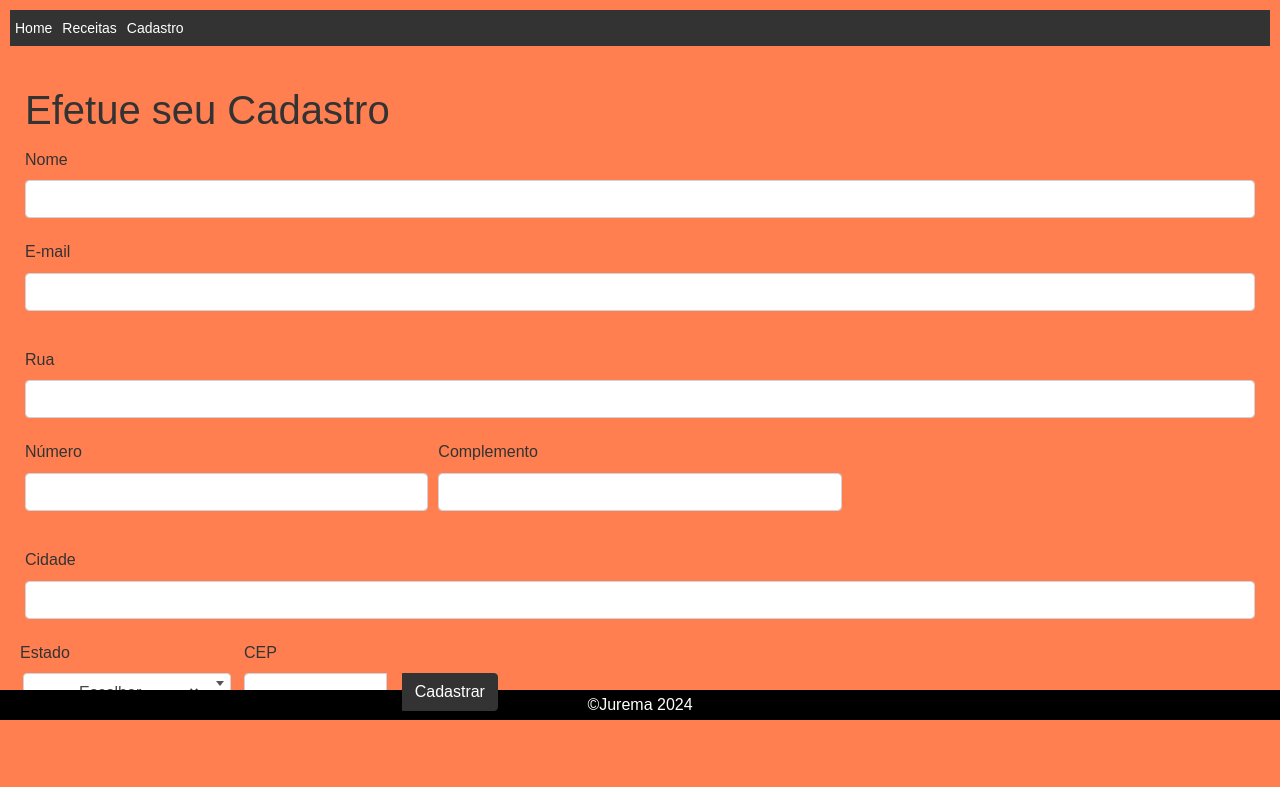
Repository: devropaes/RECEITAS
Page: OneDrive/Área de Trabalho/Estudos/Estácio/receitas/cadastro.html
These files come from the project's save history. The page is drawn as it stood at one moment and after the next save; the edit follows.
The browser window is 1280 px wide. The pictures show the whole page.

Above is the page before, as saved 2024-03-16 13:16:14.

### OneDrive/Área de Trabalho/Estudos/Estácio/receitas/cadastro.html
<!DOCTYPE html>
<html lang="pt-br">
<head>
    <meta charset="UTF-8">
    <meta http-equiv="X-UA-Compatible" content="IE=edge">
    <meta name="viewport" content="width=device-width, initial-scale=1.0">
    <link rel="stylesheet" href="https://stackpath.bootstrapcdn.com/bootstrap/4.3.1/css/bootstrap.min.css" integrity="sha384-ggOyR0iXCbMQv3Xipma34MD+dH/1fQ784/j6cY/iJTQUOhcWr7x9JvoRxT2MZw1T" crossorigin="anonymous">
    <link href="https://cdnjs.cloudflare.com/ajax/libs/select2/4.0.13/css/select2.min.css" rel="stylesheet" />
    <link rel="stylesheet" href="cadastro.css">
    <link rel="stylesheet" href="formatos.css">
    <title>Cadastro</title>

</head>
<body>

  <ul class="navlist">
      <li><a href="home.html">Home</a></li>
      <li><a href="receitas.html">Receitas</a></li>
      <li><a href="cadastro.html">Cadastro</a></li>
 </ul>


        <main class="container-fluid">
            <!-- Área Principal - Título e Formulário de Cadastro -->
            <div class="row">
                <div class="col-lg-12">
                    <h1 class="mt-4 text-left">Efetue seu Cadastro</h1>
                    <form>
                        <div class="form-row">
                            <div class="form-group col-md-12">
                                <label for="nome" class="float-left">Nome</label>
                                <input type="text" class="form-control" id="nome" required>
                            </div>
                            <div class="form-group col-md-12">
                                <label for="email" class="float-left">E-mail</label>
                                <input type="email" class="form-control" id="email" required>
                            </div>
                        </div>
                        <div class="form-row">
                            <div class="form-group col-md-12">
                                <label for="rua" class="float-left">Rua</label>
                                <input type="text" class="form-control" id="rua" required>
                            </div>
                            <div class="form-group col-md-4">
                                <label for="numero" class="float-left">Número</label>
                                <input type="text" class="form-control" id="numero" required>
                            </div>
                            <div class="form-group col-md-4">
                                <label for="complemento" class="float-left">Complemento</label>
                                <input type="text" class="form-control" id="complemento">
                            </div>
                        </div>
                        <div class="form-row">
                            <div class="form-group col-md-12">
                                <label for="cidade" class="float-left">Cidade</label>
                                <input type="text" class="form-control" id="cidade" required>
                            </div>

                            <div class="form-row">
                                <div class="form-group col-md-4">
                                    <label for="estado" class="float-left">Estado</label>
                                    <select id="estado" class="form-control" required>
                                    <option selected>Escolher...</option>
                                    <option value="AC">Acre</option>
                                    <option value="AL">Alagoas</option>
                                    <option value="AP">Amapá</option>
                                    <option value="AM">Amazonas</option>
                                    <option value="BA">Bahia</option>
                                    <option value="CE">Ceará</option>
                                    <option value="DF">Distrito Federal</option>
                                    <option value="ES">Espírito Santo</option>
                                    <option value="GO">Goiás</option>
                                    <option value="MA">Maranhão</option>
                                    <option value="MT">Mato Grosso</option>
                                    <option value="MS">Mato Grosso do Sul</option>
                                    <option value="MG">Minas Gerais</option>
                                    <option value="PA">Pará</option>
                                    <option value="PB">Paraíba</option>
                                    <option value="PR">Paraná</option>
                                    <option value="PE">Pernambuco</option>
                                    <option value="PI">Piauí</option>
                                    <option value="RJ">Rio de Janeiro</option>
                                    <option value="RN">Rio Grande do Norte</option>
                                    <option value="RS">Rio Grande do Sul</option>
                                    <option value="RO">Rondônia</option>
                                    <option value="RR">Roraima</option>
                                    <option value="SC">Santa Catarina</option>
                                    <option value="SP">São Paulo</option>
                                    <option value="SE">Sergipe</option>
                                    <option value="TO">Tocantins</option>
                                </select>
                            </div>
                            <div class="form-group col-md-5">
                                <label for="cep" class="float-left">CEP</label>
                                <div class="input-group">
                                    <input type="text" class="form-control mr-3" id="cep" required>
                                    <div class="input-group-append">
                                        <button type="submit" class="btn btn-primary mr-3">Cadastrar</button>
                                    </div>
                                </div>
                            </div>
                        </div>
                    </form>
                </div>
            </div>
        </main>


        <footer class="rodape">
          <p>&copy;Jurema 2024 </p>
     </footer>

     <script src="https://code.jquery.com/jquery-3.3.1.slim.min.js" integrity="sha384-q8i/X+965DzO0rT7abK41JStQIAqVgRVzpbzo5smXKp4YfRvH+8abtTE1Pi6jizo" crossorigin="anonymous"></script>
<script src="https://cdnjs.cloudflare.com/ajax/libs/popper.js/1.14.7/umd/popper.min.js" integrity="sha384-UO2eT0CpHqdSJQ6hJty5KVphtPhzWj9WO1clHTMGa3JDZwrnQq4sF86dIHNDz0W1" crossorigin="anonymous"></script>
<script src="https://stackpath.bootstrapcdn.com/bootstrap/4.3.1/js/bootstrap.min.js" integrity="sha384-JjSmVgyd0p3pXB1rRibZUAYoIIy6OrQ6VrjIEaFf/nJGzIxFDsf4x0xIM+B07jRM" crossorigin="anonymous"></script>
<script src="https://cdnjs.cloudflare.com/ajax/libs/select2/4.0.13/js/select2.min.js"></script>

<script>
    $(document).ready(function() {
        // Aplica o Select2 ao campo de seleção de estados
        $('#estado').select2({
            placeholder: 'Escolher...',
            allowClear: true, // Permite a limpeza da seleção
        });
    });
</script>

</body>
</html>

### OneDrive/Área de Trabalho/Estudos/Estácio/receitas/cadastro.css
* {
  margin: 0;
  padding: 0;
  box-sizing: border-box;
}

:root {
  --cor-primaria: #ff7f50;
  --cor-secundaria: #333;
  --cor-terciaria: #000;
  --cor-hover: #fff;
  --cor-apagada:#ced4da;
  --font-primaria: "Arial, Helvetica", sans-serif;
  --font-secundaria: "Krona-One", sans-serif;
}

body {
  overflow-y: auto;
  background-color: var(--cor-primaria);
  font-family: var(--font-secundaria);
  font-size: 1em;
  font-weight: 600;
  text-align: left;
  margin: 5px;
  padding: 5px; /* Adicionado espaçamento interno ao corpo */
}

header {
  height: 60px;
  background-color: var(--cor-secundaria);
  color: var(--cor-hover);
  box-sizing: border-box; /* Adicionado */
}

main {
  margin-bottom: 60px;
}

.container-fluid {
  width: 100%;
  padding-right: 15px;
  padding-left: 15px;
  margin-right: auto;
  margin-left: auto;
}

form {
  display: flex;
  flex-direction: column;
}

.form-row {
  margin-bottom: 15px;
}

.float-left {
  float: left;
  padding-top: 5px;
}

.float-right {
  float: right;
  padding-top: 5px;
}

/* Estilo personalizado para o Select2 */
.select2-container--default .select2-selection--single {
  height: 38px;
  padding: 8px 12px;
  border: 1px solid #ced4da; /* Corrigido */
  border-radius: 4px;
}

.select2-container--default .select2-selection--single .select2-selection__arrow {
  height: 18px;
}

.select2-container--default .select2-selection--single .select2-selection__rendered {
  line-height: 22px;
}

.select2-container--default .select2-selection--single .select2-selection__arrow b {
  border-color: #555 transparent transparent transparent;
}

#filtroEstado {
  margin-bottom: 15px;
}

.apresentacao {
  font-family: var(--font-secundaria);
  font-weight: 600;
  background-color: var(--cor-primaria);
  text-align: center;
  padding: 30px;
}

.btn-primary {
  color: var(--cor-hover);
  background-color: var(--cor-secundaria);
  border-color: var(--cor-secundaria);
  width: 100%; /* Adicionado */
  height: 38px; /* Adicionado */
}
/* Estilo personalizado para o botão "Cadastrar" */
.cadastrar-btn {
  /* Adicione seus estilos personalizados aqui */
}


.rodape {
  background-color: var(--cor-terciaria);
  border-color: var(--cor-hover);
  color: var(--cor-hover);
  text-align: center;
  padding: 10px;
  position: fixed;
  border-bottom: var(--cor-hover);
  left: 0;
  bottom: 0%;
  width: 100%;
  max-width: 100%;
  height: 25px;
  padding-top: 5px;
}

main {
  margin-bottom: 20px; /* Ajuste a margem inferior para acomodar a altura do rodapé mais uma margem extra */
}

### OneDrive/Área de Trabalho/Estudos/Estácio/receitas/formatos.css
:root {
    --cor-primaria: #ff7f50;
    --cor-secundaria: #333;
    --cor-terciaria: #000;
    --cor-hover: #fff;
    --cor-apagada:#ced4da;
    --font-primaria: "Arial, Helvetica", sans-serif;
    --font-secundaria: "Krona-One", sans-serif;
}

* {
    margin: 0;
    padding: 0;
    box-sizing: border-box;
}

body {
    background-color: var(--cor-primaria);
    color: var(--cor-secundaria);
    font-family: var(--font-secundaria);
    font-size: 16px;
    line-height: 1.6;
    font-weight: 400;
    text-align: center;
    margin: 5px;
    padding: 5px;
}
.navlist {

    background-color: var(--cor-secundaria); /* Cor de fundo da lista */
    padding: 5px; /* Adicionado */
    list-style: none;
    display: flex;
    justify-content:flex-start;
    max-width: 100%;

}
.navlist li {

    margin-right: 10px;

}

.navlist a {
    text-decoration: none;
    font-family: var(--font-primaria);
    font-size: 14px;
    font-weight: normal;
    color: var(--cor-apagada);
}
.navlist li a {
    color: var(--cor-hover); /* Cor do texto dentro dos links */

}

.logo-container {
    display: flex;
    align-items: center;
    font-size: 1em;
    margin-bottom: 50px;
    margin-top: 80px;
}

.logo {
    width: 70px;
    margin-right: 5px;
}

.receitas__tia__jurema {
    width: 80px;
    font-size: 2em;
    margin-bottom: 50px;
    padding: 50px;
    display: contents;
}

.content {
    display: flex;
    flex-direction: column;
    align-items: center;
    justify-content: center;
    text-align: center;
    margin-bottom: 60px;
}

.apresentacao {
    font-size: 1.5em;
    text-align: center;
    padding: 30px;
    width: 80%;
    margin: auto;
}

.apresentacao h2 {
    font-size: 1.5em;
    margin-bottom: 10px;
    padding: 10px;
    text-align: center;
}

header {
    position: fixed;
    top: 0;
    width: 100%;
    margin-top: 0;
    background-color: var(--cor-primaria);
    z-index: 1000;
}

.rodape {
    background-color: var(--cor-terciaria);
    border-color: var(--cor-hover);
    color: var(--cor-hover);
    text-align: center;
    padding: 10px;
    position: fixed;
    border-bottom: var(--cor-hover);
    left: 0;
    bottom: 0;
    width: 100%;
    height: 30px;
    max-width: 100%;
    line-height: 10px;
}

After the next save:
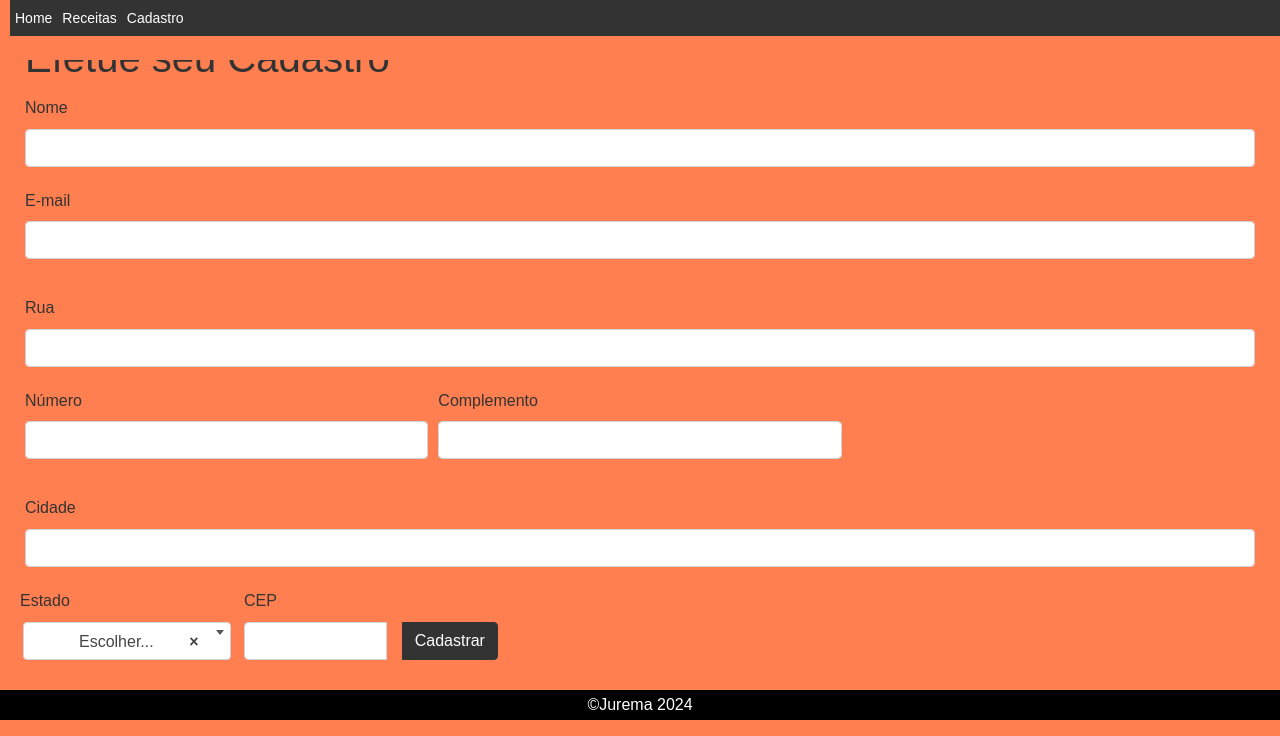
Saved 3 min 16 s later.
--- a/OneDrive/Área de Trabalho/Estudos/Estácio/receitas/cadastro.html
+++ b/OneDrive/Área de Trabalho/Estudos/Estácio/receitas/cadastro.html
@@ -12,12 +12,16 @@
 
 </head>
 <body>
-
+    <div class="page-container">
+        <header>
+            <nav>
   <ul class="navlist">
       <li><a href="home.html">Home</a></li>
       <li><a href="receitas.html">Receitas</a></li>
       <li><a href="cadastro.html">Cadastro</a></li>
  </ul>
+ </nav>
+ </header>
 
 
         <main class="container-fluid">
